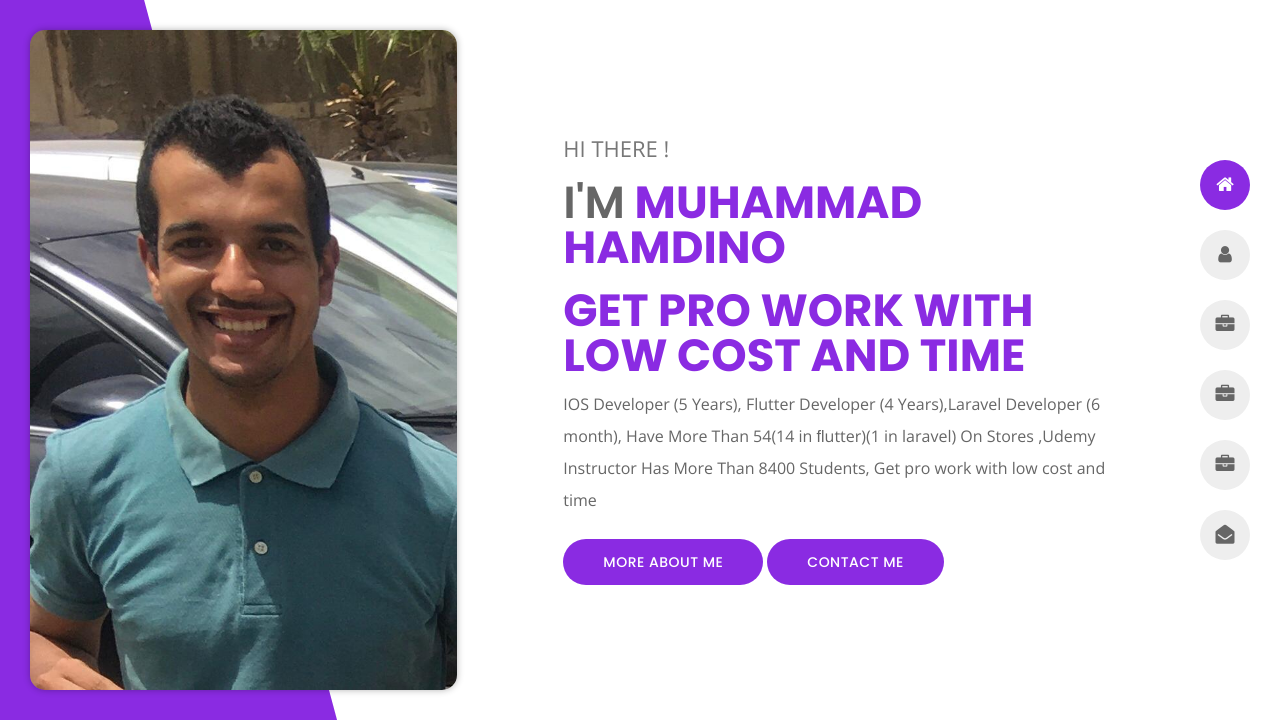
Repository: mhamdimno/mywebsite
Page: index.html
The author's editor kept a copy of each file at every save. The page is drawn from the files as they stood at one save, then again after the next save.
The browser window is 1280 px wide. The pictures show the whole page.

Above is the page before, as saved 2023-06-03 16:02:59.

### index.html
<!DOCTYPE html>
<html lang="en">

<head>
    <meta charset="utf-8">
    <title>Personal Portfolio</title>
    <meta name="viewport" content="width=device-width, initial-scale=1">

    <!-- Template Google Fonts -->
    <link href="https://fonts.googleapis.com/css?family=Poppins:400,400i,500,500i,600,600i,700,700i,800,800i,900,900i" rel="stylesheet">
    <link href="https://fonts.googleapis.com/css?family=Open+Sans:300,400,400i,600,600i,700" rel="stylesheet">

    <!-- Template CSS Files -->
    <link href="css/bootstrap.min.css" rel="stylesheet">
    <link href="css/preloader.min.css" rel="stylesheet">
    <link href="css/circle.css" rel="stylesheet">
    <link href="css/font-awesome.min.css" rel="stylesheet">
    <link href="css/fm.revealator.jquery.min.css" rel="stylesheet">
    <link href="css/style.css" rel="stylesheet">

    <!-- Modernizr JS File -->
    <script src="js/modernizr.custom.js"></script>
</head>

<body class="home light">

<!-- Header Starts -->
<header class="header" id="navbar-collapse-toggle">
    <!-- Fixed Navigation Starts -->
    <ul class="icon-menu d-none d-lg-block revealator-slideup revealator-once revealator-delay1">
        <li class="icon-box active">
            <i class="fa fa-home"></i>
            <a href="index.html">
                <h2>Home</h2>
            </a>
        </li>
        <li class="icon-box">
            <i class="fa fa-user"></i>
            <a href="about.html">
                <h2>About</h2>
            </a>
        </li>
        <li class="icon-box">
            <i class="fa fa-briefcase"></i>
            <a href="portfolioIOS.html">
                <h2>IOS</h2>
            </a>
        </li>
        <li class="icon-box">
            <i class="fa fa-briefcase"></i>
            <a href="portfolioFlutter.html">
                <h2>Flutter</h2>
            </a>
        </li>
        <li class="icon-box">
            <i class="fa fa-briefcase"></i>
            <a href="portfolioLaravel.html">
                <h2>Laravel</h2>
            </a>
        </li>
        <li class="icon-box">
            <i class="fa fa-envelope-open"></i>
            <a href="contact.html">
                <h2>Contact</h2>
            </a>
        </li>

    </ul>
    <!-- Fixed Navigation Ends -->
    <!-- Mobile Menu Starts -->
    <nav role="navigation" class="d-block d-lg-none">
        <div id="menuToggle">
            <input type="checkbox" />
            <span></span>
            <span></span>
            <span></span>
            <ul class="list-unstyled" id="menu">
                <li class="active"><a href="index.html"><i class="fa fa-home"></i><span>Home</span></a></li>
                <li><a href="about.html"><i class="fa fa-user"></i><span>About</span></a></li>
                <li><a href="portfolioIOS.html"><i class="fa fa-folder-open"></i><span>IOS</span></a></li>
                <li><a href="portfolioFlutter.html"><i class="fa fa-folder-open"></i><span>Flutter</span></a></li>
                <li><a href="portfolioLaravel.html"><i class="fa fa-folder-open"></i><span>Laravel</span></a></li>

                <li><a href="contact.html"><i class="fa fa-envelope-open"></i><span>Contact</span></a></li>
            </ul>
        </div>
    </nav>
    <!-- Mobile Menu Ends -->
</header>
<!-- Header Ends -->
<!-- Main Content Starts -->
<section class="container-fluid main-container container-home p-0 revealator-slideup revealator-once revealator-delay1">
    <div class="color-block d-none d-lg-block"></div>
    <div class="row home-details-container align-items-center">
        <div class="col-lg-4 bg position-fixed d-none d-lg-block"></div>
        <div class="col-12 col-lg-8 offset-lg-4 home-details text-left text-sm-center text-lg-left">
            <div>
                <img src="img/img-mobile-light.jpg" class="img-fluid main-img-mobile d-none d-sm-block d-lg-none" alt="my picture" />
                <h6 class="text-uppercase open-sans-font mb-0 d-block d-sm-none d-lg-block">hi there !</h6>
                <h1 class="text-uppercase poppins-font"><span>I'm</span> Muhammad Hamdino</h1>
                <h1 class="text-uppercase poppins-font"></span>Get pro work with low cost and time</h1>

                <p class="open-sans-font">

                    IOS Developer (5 Years), Flutter Developer (4 Years),Laravel Developer (6 month), Have More Than 54(14 in ﬂutter)(1 in laravel) On Stores ,Udemy Instructor Has More Than 8400 Students,
                    Get pro work with low cost and time
                </p>
                <a href="about.html" class="btn btn-about">more about me</a>
                <a href="contact.html" class="btn btn-about">Contact me</a>
            </div>
        </div>
    </div>
</section>
<!-- Main Content Ends -->

<!-- Template JS Files -->
<script src="js/jquery-3.5.0.min.js"></script>
<script src="js/preloader.min.js"></script>
<script src="js/fm.revealator.jquery.min.js"></script>
<script src="js/imagesloaded.pkgd.min.js"></script>
<script src="js/masonry.pkgd.min.js"></script>
<script src="js/classie.js"></script>
<script src="js/cbpGridGallery.js"></script>
<script src="js/jquery.hoverdir.js"></script>
<script src="js/popper.min.js"></script>
<script src="js/bootstrap.js"></script>
<script src="js/custom.js"></script>

</body>

</html>

Loaded but not shown: css/bootstrap.min.css (library); css/preloader.min.css (common file); css/font-awesome.min.css (library); css/fm.revealator.jquery.min.css (common file); js/modernizr.custom.js (library); js/jquery-3.5.0.min.js (library); js/preloader.min.js (common file); js/fm.revealator.jquery.min.js (common file); js/imagesloaded.pkgd.min.js (library); js/masonry.pkgd.min.js (library); js/jquery.hoverdir.js (library); js/popper.min.js (library); js/bootstrap.js (library); js/cbpGridGallery.js (364 lines, source omitted); js/custom.js (142 lines, source omitted); js/classie.js (68 lines, source omitted); css/style.css (1791 lines, source omitted); css/circle.css (1054 lines, source omitted)

After the next save:
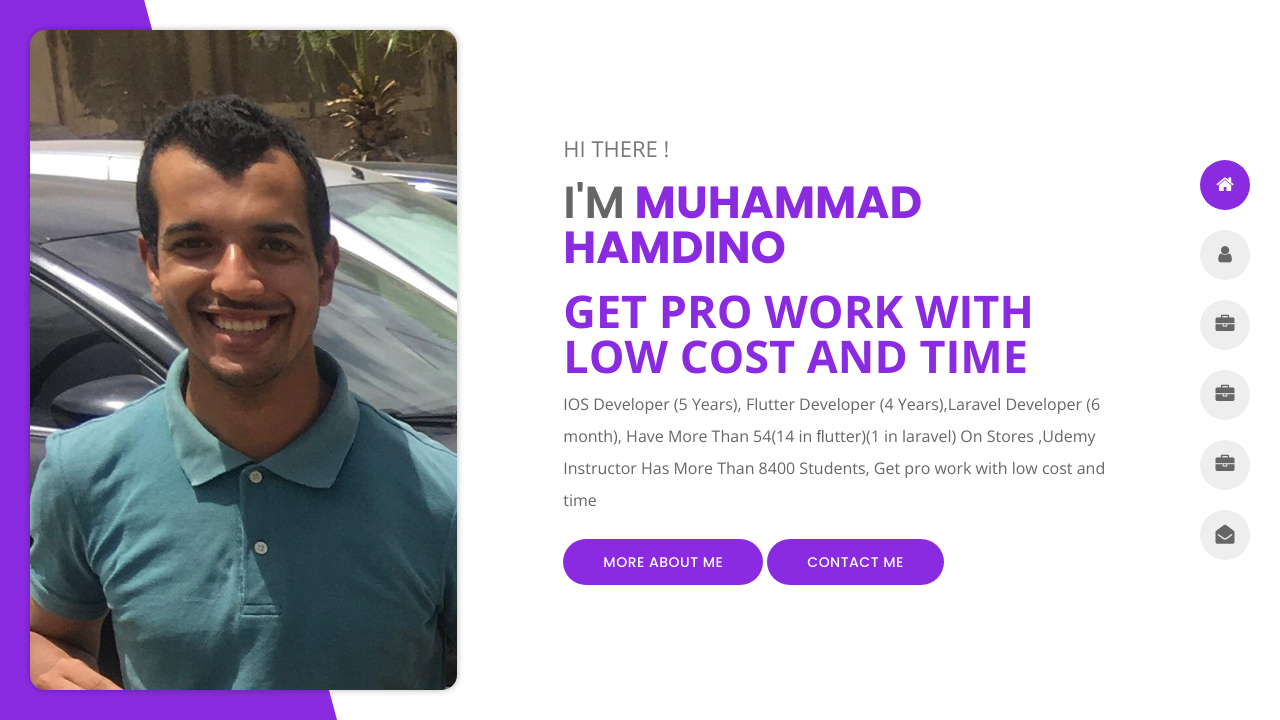
Saved 19 s later.
--- a/index.html
+++ b/index.html
@@ -98,7 +98,7 @@
                 <img src="img/img-mobile-light.jpg" class="img-fluid main-img-mobile d-none d-sm-block d-lg-none" alt="my picture" />
                 <h6 class="text-uppercase open-sans-font mb-0 d-block d-sm-none d-lg-block">hi there !</h6>
                 <h1 class="text-uppercase poppins-font"><span>I'm</span> Muhammad Hamdino</h1>
-                <h1 class="text-uppercase poppins-font"></span>Get pro work with low cost and time</h1>
+                <h1 class="text-uppercase open-sans-font"></span>Get pro work with low cost and time</h1>
 
                 <p class="open-sans-font">
 

After the save that followed:
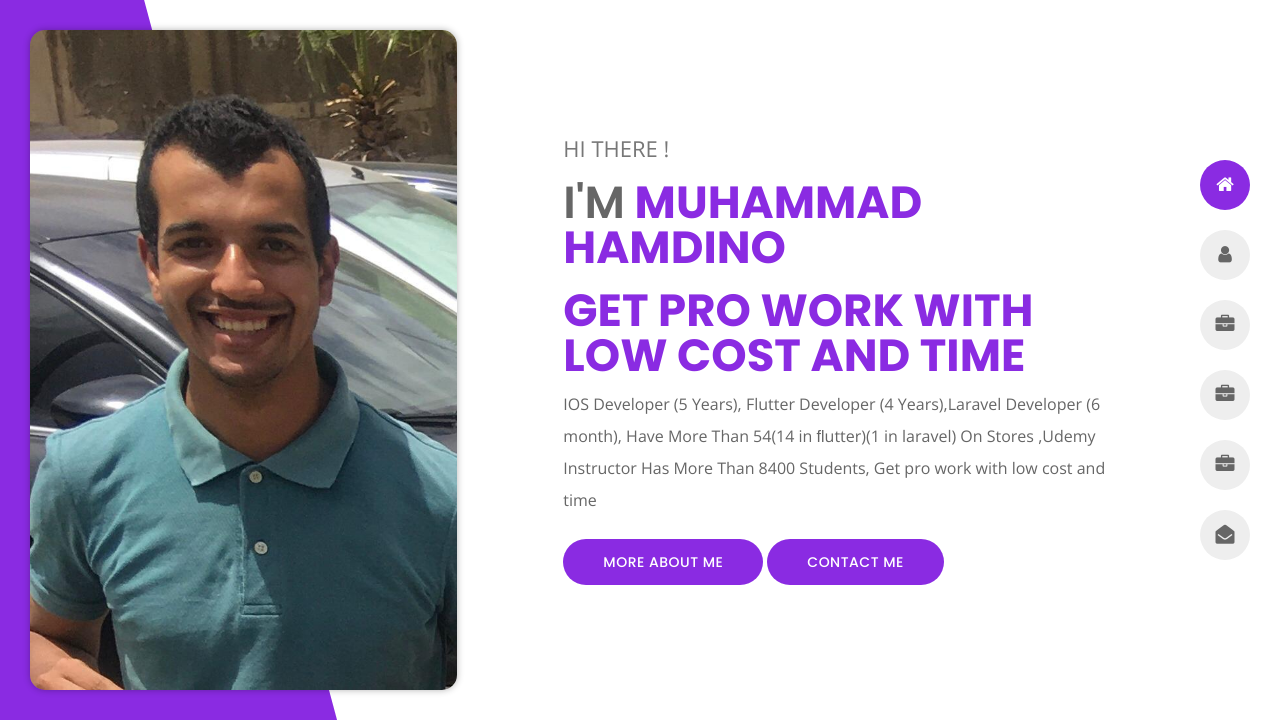
Saved 26 s later.
--- a/index.html
+++ b/index.html
@@ -98,7 +98,7 @@
                 <img src="img/img-mobile-light.jpg" class="img-fluid main-img-mobile d-none d-sm-block d-lg-none" alt="my picture" />
                 <h6 class="text-uppercase open-sans-font mb-0 d-block d-sm-none d-lg-block">hi there !</h6>
                 <h1 class="text-uppercase poppins-font"><span>I'm</span> Muhammad Hamdino</h1>
-                <h1 class="text-uppercase open-sans-font"></span>Get pro work with low cost and time</h1>
+                <h1 class="text-uppercase poppins-font"></span>Get pro work with low cost and time</h1>
 
                 <p class="open-sans-font">
 
